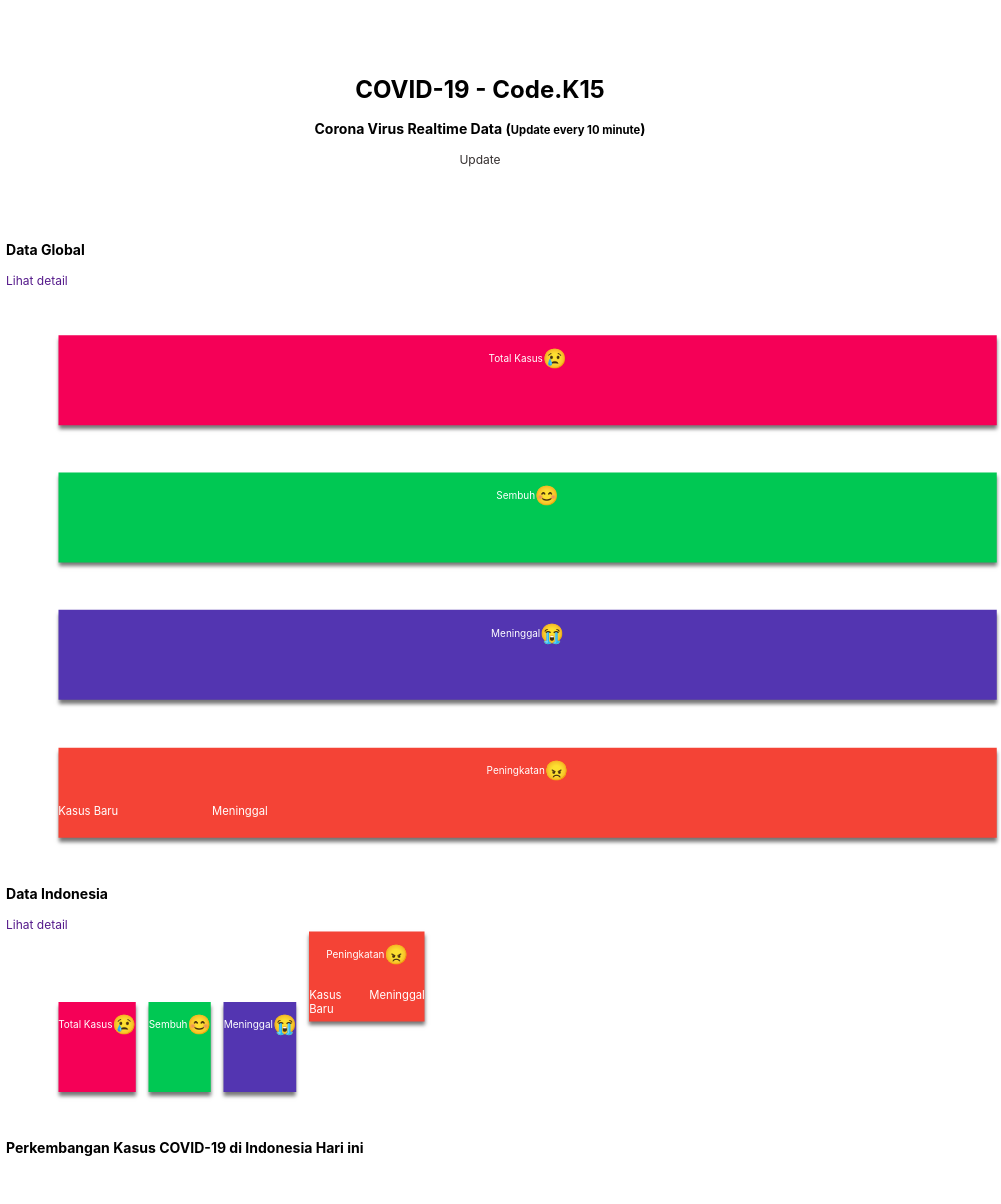
Repository: fathur15/covid19-monitoring
Page: http://localhost/covid19/apps/views/data/main/dashboard.php
The author's editor kept a copy of each file at every save. The page is drawn from the files as they stood at one save, then again after the next save.
The browser window is 1280 px wide. The page is 1335 px wide, so the pictures cover 1335 px, including what lies to the right of the window. The pictures show the whole page, at 75% of full size.
The page is run by PHP 8.4 with error messages shown; the project is at /var/www/html/.

Above is the page before, as saved 2020-04-17 11:09:45.

### apps/views/data/main/dashboard.php

<style>
    *{
        font-family: -apple-system, BlinkMacSystemFont, 'Segoe UI', Roboto, Oxygen, Ubuntu, Cantarell, 'Open Sans', 'Helvetica Neue', sans-serif
    }
    .resume p, h5{
        color: white;
        font-weight: 400;
    }
    .shadow-box{
        -webkit-box-shadow: 0 15px 10px #777;
        -moz-box-shadow: 0 15px 10px #777;
        box-shadow: 0 5px 5px #777;

    }
    .content-main-wrapper{
        margin: 5% 0;
    }
    /* .shadow-box:after{
        -webkit-transform: rotate(3deg);
        -moz-transform: rotate(3deg);
        -o-transform: rotate(3deg);
        -ms-transform: rotate(3deg);
        transform: rotate(3deg);
        right: 10px;
        left: auto;
    } */

</style>
<div class="content">
    <div class="heading" style="margin: 100px 30%; text-align: center">
        <h1>COVID-19 - Code.K15</h1>
        <h3>Corona Virus Realtime Data (<small style="font-size: 15px">Update every 10 minute</small>)</h3>
        <p id="date-update" style="color: #353030;">Update</p>
    </div>
    <div class="main">
        <div class="container">
            <div class="row content-main-wrapper">
                <div class="head-main-content">
                    <h3>Data Global</h3>
                    <a style="text-decoration: none" href="">Lihat detail  <i class="fas fa-long-arrow-alt-right" aria-hidden="true"></i></a>
                </div>
                <div id="resumeGlobal" class="row resume" style="width: 100%; margin: 0 5%" >
                        <div class="card col-sm-3 shadow-box" style="background: #f50057; margin:5% 0.5%; align-items: center; height: 120px ">
                            <div class="card-body">
                                <div style="flex-direction: row; display: flex; justify-content: center; align-items: center">
                                    <h5 id="title-kasus-global" class="card-text">Total Kasus</h5>
                                    <span style="color: black; font-size: 25px; text-shadow: 0 0 0 yellow">&#x1F622</span>
                                </div>
                                <p class="card-text" id="kasus-global"></p>
                            </div>
                        </div>
                        <div class="col-sm-3 shadow-box" style="background: #00c853; margin: 5% 0.5%; align-items: center; height: 120px ">
                            <div class="card-body">
                                <div style="flex-direction: row; display: flex; justify-content: center; align-items: center">
                                    <h5 id="title-kasus-global" class="card-text">Sembuh</h5>
                                    <span style="color: black; font-size: 25px; text-shadow: 0 0 0 yellow">&#x1F60A</span>
                                </div>
                                <p class="card-text" id="sembuh-global"></p>
                                <!-- <p style="">Orang</p> -->
                            </div>
                        </div>
                        <div class=" card col-sm-3 shadow-box" style="margin:5% 0.5%;height: 120px;align-items: center;  background :#5335b1">
                            <div class="card-body">
                                <div style="flex-direction: row; display: flex; justify-content: center; align-items: center;">
                                    <h5 id="title-kasus-global" class="card-text">Meninggal</h5>
                                    <span style="color: black; font-size: 25px; text-shadow: 0 0 0 yellow">&#x1F62D</span>
                                </div>
                                <p class="card-text" id="meninggal-global"></p>
                                <!-- <p style="">Orang</p> -->
                            </div>
                        </div>
                        <div class="card col-sm-3 shadow-box" style="margin:5% 0.5%; height: 120px; background: #f44336">
                            <div class="card-body">
                                <div style="flex-direction: row; display: flex; justify-content: center; align-items: center;">
                                    <h5 id="title-kasus-global" class="card-text">Peningkatan</h5>
                                    <span style="color: black; font-size: 25px; text-shadow: 0 0 0 yellow">&#x1F620</span>
                                </div>
                                <div style="flex-direction: row; display: flex;">
                                    <p style="font-size: 15px">Kasus Baru</p>
                                    <p style="margin-left: 10%; font-size: 15px">Meninggal </p>
                                </div>
                                <div style="display: flex; margin-top: -9%">
                                    <p style="font-size: 15px" class="card-text" id="kasus-baru-global"></p>
                                    <p style="margin-left: 10%; font-size: 15px" class="card-text" id="meninggal-baru-global"></p>
                                </div>
                            </div>
                        </div>
                    </div>
                </div>
            <div class="row content-main-wrapper" >
                <div class="head-main-content">
                    <h3>Data Indonesia</h3>
                    <a style="text-decoration: none" href="">Lihat detail  <i class="fas fa-long-arrow-alt-right" aria-hidden="true"></i></a>
                </div>
                <div id="resumeIndonesia" class="row resume" style="width: 100%; margin: 0 5%;" >
                    <div class="card col-md-3 shadow-box" style="background: #f50057; margin: 0 0.5%; display: inline-block; align-items: center; height: 120px ">
                        <div class="card-body">
                            <div style="flex-direction: row; display: flex; justify-content: center; align-items: center">
                                <h5 id="title-kasus-indonesia" class="card-text">Total Kasus</h5>
                                <span style="color: black; font-size: 25px; text-shadow: 0 0 0 yellow">&#x1F622</span>
                            </div>
                            <p style="font-size: 14px" class="card-text" id="kasus-indonesia"></p>
                        </div>
                    </div>
                    <div class="card col-md-3 shadow-box" style="background: #00c853; margin: 0% 0.5%; display: inline-block; align-items: center; height: 120px ">
                        <div class="card-body">
                            <div style="flex-direction: row; display: flex; justify-content: center; align-items: center">
                                <h5 id="title-kasus-indonesia" class="card-text">Sembuh</h5>
                                <span style="color: black; font-size: 25px; text-shadow: 0 0 0 yellow">&#x1F60A</span>
                            </div>
                            <p class="card-text" id="sembuh-indonesia"></p>
                        </div>
                    </div>
                    <div class="card col-md-3 shadow-box" style="margin: 0% 0.5%; display: inline-block; height: 120px;align-items: center;  background :#5335b1">
                        <div class="card-body">
                            <div style="flex-direction: row; display: flex; justify-content: center; align-items: center;">
                                <h5 id="title-kasus-indonesia" class="card-text">Meninggal</h5>
                                <span style="color: black; font-size: 25px; text-shadow: 0 0 0 yellow">&#x1F62D</span>
                            </div>
                            <p class="card-text" id="meninggal-indonesia"></p>
                        </div>
                    </div>
                    <div class="card col-md-3 shadow-box" style="margin: 0% 0.5%; display: inline-block; height: 120px; background: #f44336">
                        <div class="card-body">
                            <div style="flex-direction: row; display: flex; justify-content: center; align-items: center;">
                                <h5 id="title-kasus-indonesia" class="card-text">Peningkatan</h5>
                                <span style="color: black; font-size: 25px; text-shadow: 0 0 0 yellow">&#x1F620</span>
                            </div>
                            <div style="flex-direction: row; display: flex;">
                                <p style="font-size: 15px">Kasus Baru</p>
                                <p style="margin-left: 10%; font-size: 15px">Meninggal </p>
                            </div>
                            <div style="display: flex; margin-top: -9%">
                                <p style="font-size: 15px" class="card-text" id="kasus-baru-indonesia"></p>
                                <p style="margin-left: 10%; font-size: 15px" class="card-text" id="meninggal-baru-indonesia"></p>
                            </div>
                        </div>
                    </div>
                </div>
            </div>
            <div class="row content-main-wrapper" >
                <div class="head-main-content">
                    <h3>Perkembangan Kasus COVID-19 di Indonesia Hari ini</h3>
                </div>
            </div>
        </div>
    </div>
</div>

After the next save:
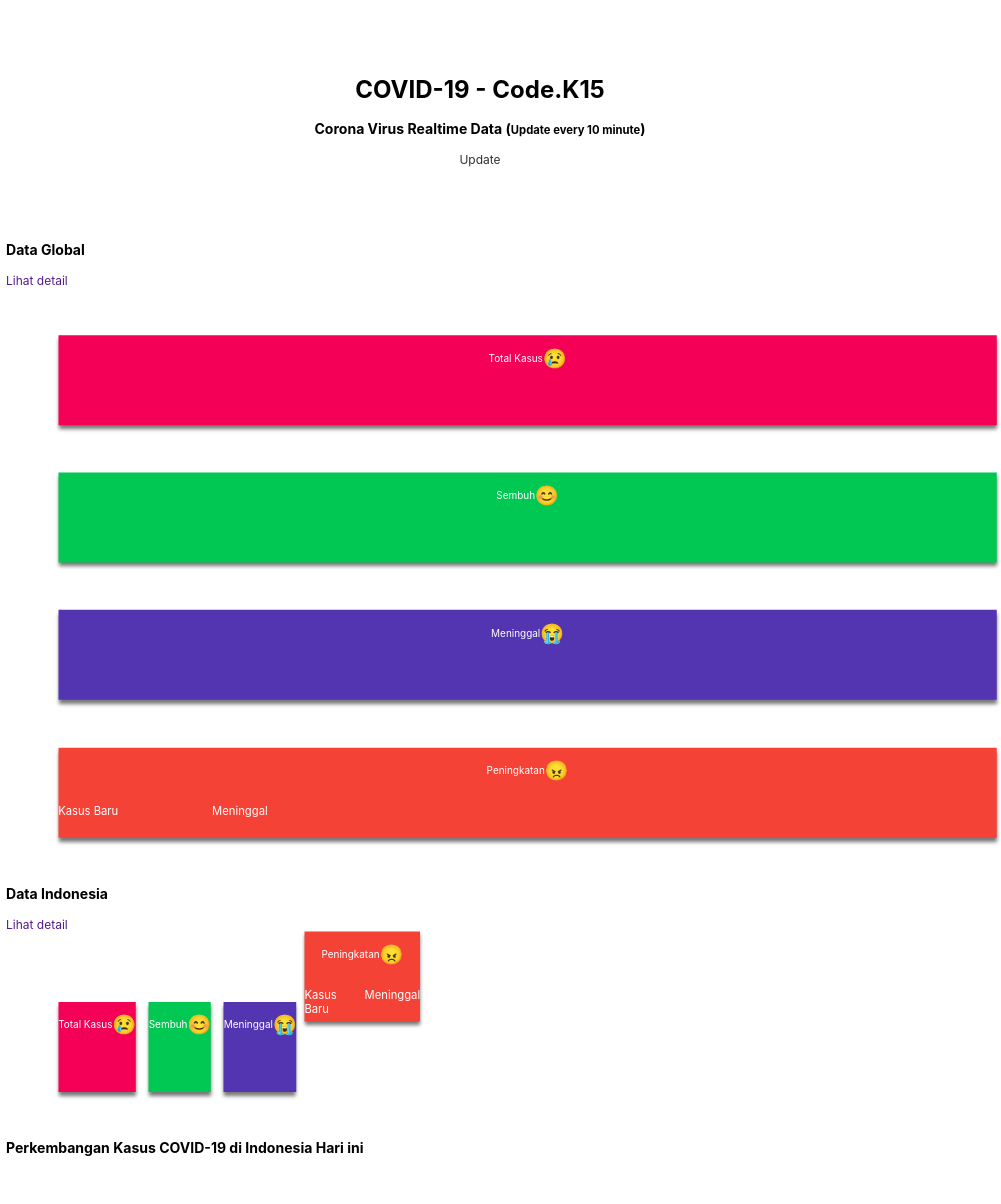
Saved 25 s later.
--- a/apps/views/data/main/dashboard.php
+++ b/apps/views/data/main/dashboard.php
@@ -121,7 +121,7 @@
                             <p class="card-text" id="meninggal-indonesia"></p>
                         </div>
                     </div>
-                    <div class="card col-md-3 shadow-box" style="margin: 0% 0.5%; display: inline-block; height: 120px; background: #f44336">
+                    <div class="card col-md-3 shadow-box" style="margin: 0; display: inline-block; height: 120px; background: #f44336">
                         <div class="card-body">
                             <div style="flex-direction: row; display: flex; justify-content: center; align-items: center;">
                                 <h5 id="title-kasus-indonesia" class="card-text">Peningkatan</h5>
